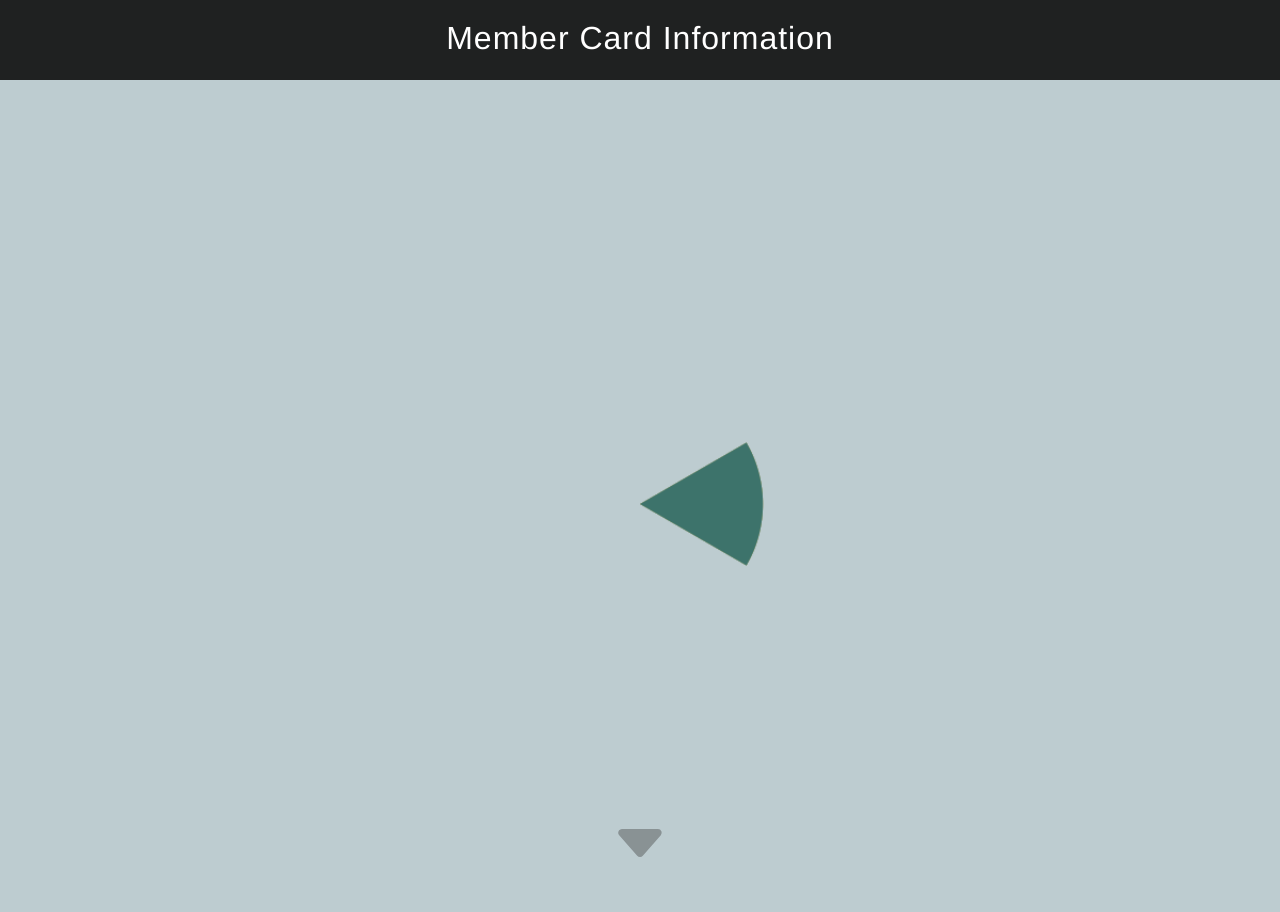
Repository: Leooook/lzhao-fed-test
Page: /
An editor plug-in stored every save of this project. The page is shown before and after the next save, followed by the edit.
The browser window is 1280 px wide. The pictures show the whole page.
The page's requests for data from a server got no answer. The project was rebuilt for these pictures with package versions that can differ from the ones it lists, and the page was loaded fresh each time. No one was signed in, and anything a server would have sent is missing. Also part of the build but not shown: src/components/detail.jsx.

Above is the page before, as saved 2021-03-15 21:36:56.

### src/index.html
<!DOCTYPE html>
<html lang="en">
	<head>
		<meta charset="utf-8" />
		<meta http-equiv="X-UA-Compatible" content="IE=edge,chrome=1" />
		<title>Member Card Info</title>
		<meta name="description" content="" />
		<meta name="viewport" content="width=device-width, initial-scale=1.0, maximum-scale=1.0, user-scalable=no" />
	</head>
	<body>
		<div id="root" class="react-root"></div>
	</body>
</html>

### src/App.js
import React, {useState} from 'react';
import {BsCaretDownFill} from 'react-icons/bs'

import './App.css'
import Header from './components/header.jsx'
import Feature from './components/feature.jsx'

export default function App() {
  const [featureAmount, setFeatureAmount] = useState([1])

  const setFeature = () => {
    setFeatureAmount(featureAmount => {return [...featureAmount, 1]})
  }

	return (
    <div className='app'>
      <Header />
      {
        featureAmount.map((key) => <Feature key = {key}/>)
      }
      <BsCaretDownFill className='add-feature' onClick={() => setFeature()}/>
    </div>
  )
}

### src/App.css
* {
	margin: 0;
	padding: 0;
	box-sizing: border-box;
}
:root {
	--nav-black: rgba(14, 14, 14, 0.897);
	--white: #ffffff;
	--light-blue: rgb(189, 204, 208);
	--grey: rgb(145, 145, 145);
	--light-grey: rgb(209, 209, 209);
}
/* app */
.app {
	max-width: 100vw;
	min-height: 100vh;
	background-color: var(--light-blue);
}
.add-feature {
	position: relative;
	color: rgba(65, 65, 65, 0.418);
	width: 60px;
	height: 60px;
	margin: auto;
	display: block;
	cursor: pointer;
	animation: upAndDown 3s ease-in-out infinite;
}
.add-feature:active {
	transform: scale(1.1);
	transition: all 1s ease;
}
@keyframes upAndDown {
	0% {
		bottom: 0;
	}
	50% {
		bottom: 50px;
	}
	100% {
		bottom: 0;
	}
}
/* end of app */
/* header */
.header {
	background-color: var(--nav-black);
	height: 80px;
	padding: 20px;
	margin-bottom: 80px;
	font-size: 2rem;
	font-family: 'Franklin Gothic Medium', 'Arial Narrow', Arial, sans-serif;
	text-align: center;
	color: var(--white);
	letter-spacing: 1px;
}
@media screen and (max-width: 500px) {
	.header {
		margin-bottom: 30px;
		padding: 30px;
		font-size: 1.4rem;
	}
}
/* end of header */
/* loader */
.load {
	width: 100%;
}
.loadPic {
	width: 20%;
	margin: 30vh 40%;
}
/* end of loader */
/* feature */
.feature {
	margin-top: -65px;
	padding: 60px 8%;
	display: grid;
	grid-template-columns: repeat(auto-fill, minmax(450px, 1fr));
	grid-row-gap: 50px;
	grid-column-gap: 80px;
}
@media screen and (max-width: 500px) {
	.feature {
		padding: 30px 20px;
		display: initial;
	}
}
/* end of feature */
/* detail */
.detail {
	margin: auto;
	padding: 10px 20px;
	width: 450px;
	height: 240px;
	background: hsla(0, 0%, 100%, .3);
	border-radius: 6px;
	box-shadow: 0 6px 20px 6px rgba(0, 0, 0, 0.207);
	display: flex;
	align-items: center;
	cursor: pointer;
	transition: all linear 0.2s;
}
.detail:hover {
	transform: scale(1.05);
	box-shadow: 0 10px 30px 10px rgba(0, 0, 0, 0.207);
}
.left-section {
	width: calc(40% - 20px);
	margin-right: 10%;
}
.right-section {
	width: clac(50% - 20px);
}
.detail-pic {
	margin: 0 auto;
	height: 140px;
	width: 140px;
	border-radius: 50%;
	box-shadow: 0 0 10px 8px var(--light-grey);
}
.detail-info {
	margin-bottom: 10px;
}
.detail-name {
	font-family: 'Playfair Display', serif;
	font-weight: bold;
	font-size: 1.3rem;
}
.detail-name2 {
	font-weight: 100;
	font-size: 0.9rem;
	color: rgb(82, 82, 82);
	font-style: oblique;
}
.detail-sex-date {
	display: flex;
}
.detail-date {
	margin-right: 13px;
}
.detail-font {
	font-family: 'Source Sans Pro', sans-serif;
	font-size: 0.8rem;
}
@media screen and (max-width: 500px) {
	.detail {
		margin-bottom: 30px;
		width: 90vw;
		height: 50vw;
	}
	.detail-pic {
		height: 100px;
		width: 100px;
	}
	.detail-info {
		margin-bottom: 6px;
	}
	.detail-name {
		font-size: 1rem;
	}
	.detail-name2 {
		font-size: 0.8rem;
	}
	.detail-date {
		margin-right: 8px;
	}
	.detail-font {
		font-size: 0.75rem;
	}
}
/* end of detail */

### src/components/header.jsx
import React, { Component } from 'react'

class Header extends Component {
	render() {
		return <section className="header">Member Card Information</section>
	}
}

export default Header

### src/components/feature.jsx
import React, { Component } from 'react'

import Loader from './loader.jsx'
import Detail from './detail.jsx'

class Feature extends Component {
	state = {
		dataSet: [],
		dataAmount: 6
	}

	fetchData = () => {
		fetch('https://randomuser.me/api/', {
			method: 'GET'
		})
			.then((response) => response.json())
			.then((data) => {
				let dataSet = this.state.dataSet
				dataSet.push(data.results[0])
				this.setState({ dataSet })
			})
			.catch((error) => {
				console.error('Error:', error)
			})
	}

	componentDidMount() {
		for (let i = 0; i < this.state.dataAmount; i++) {
			this.fetchData()
		}
	}

	render() {
		if (this.state.dataSet.length === 0 || this.state.dataSet.length % 6 !== 0) {
			return <Loader />
		} else {
			return (
				<section className="feature">
					{this.state.dataSet.map((each, key) => <Detail key={key} data={each} />)}
				</section>
			)
		}
	}
}

export default Feature

### src/components/loader.jsx
import React from 'react'

import loadPic from '../images/load.gif'

function Loader() {
	return (
		<section className="load">
			<img src={loadPic} className="loadPic" alt="load" />
		</section>
	)
}

export default Loader

Loaded but not shown: src/index.js (common file)

After the next save:
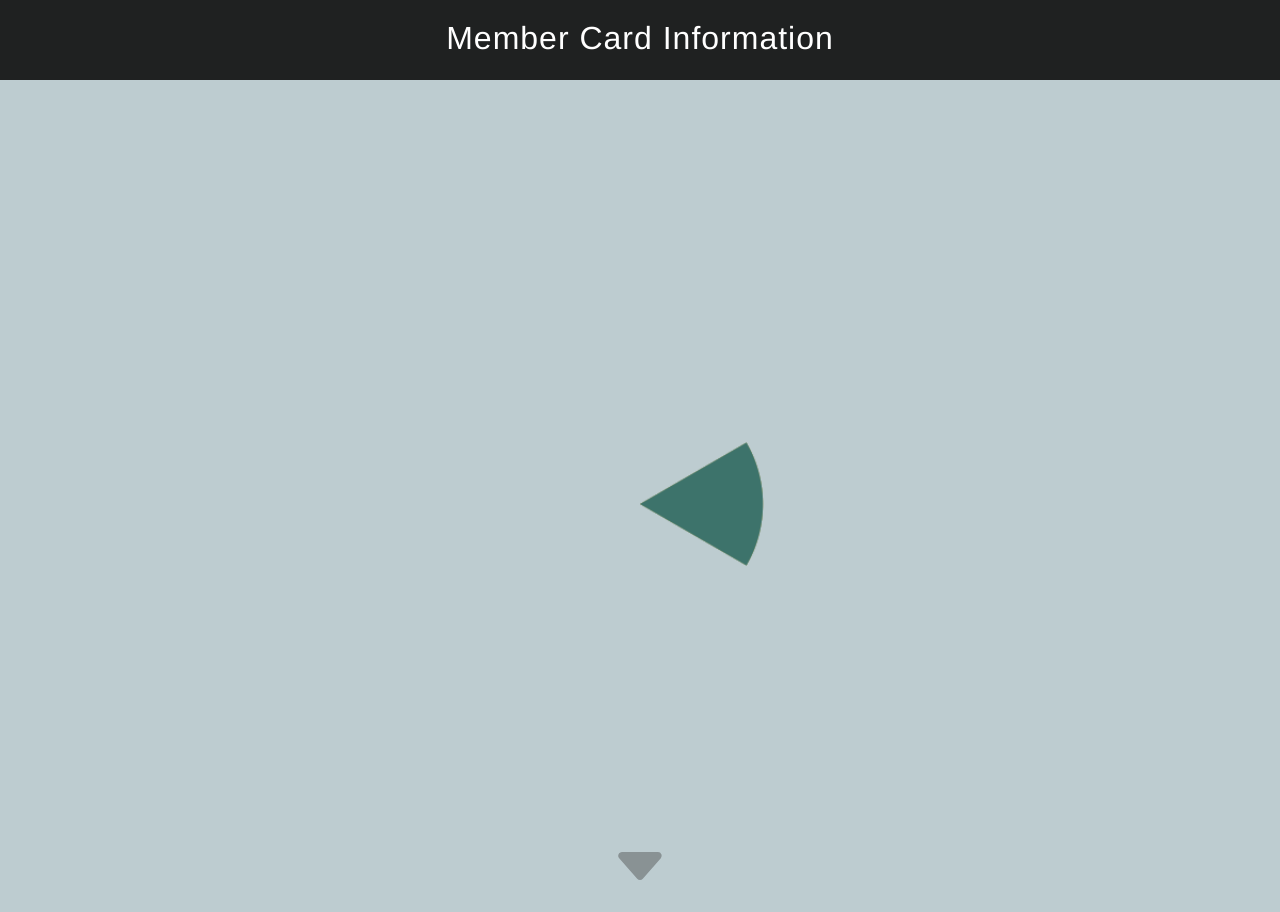
Saved 11 s later.
--- a/src/App.css
+++ b/src/App.css
@@ -35,7 +35,7 @@
 		bottom: 0;
 	}
 	50% {
-		bottom: 50px;
+		bottom: 20px;
 	}
 	100% {
 		bottom: 0;
